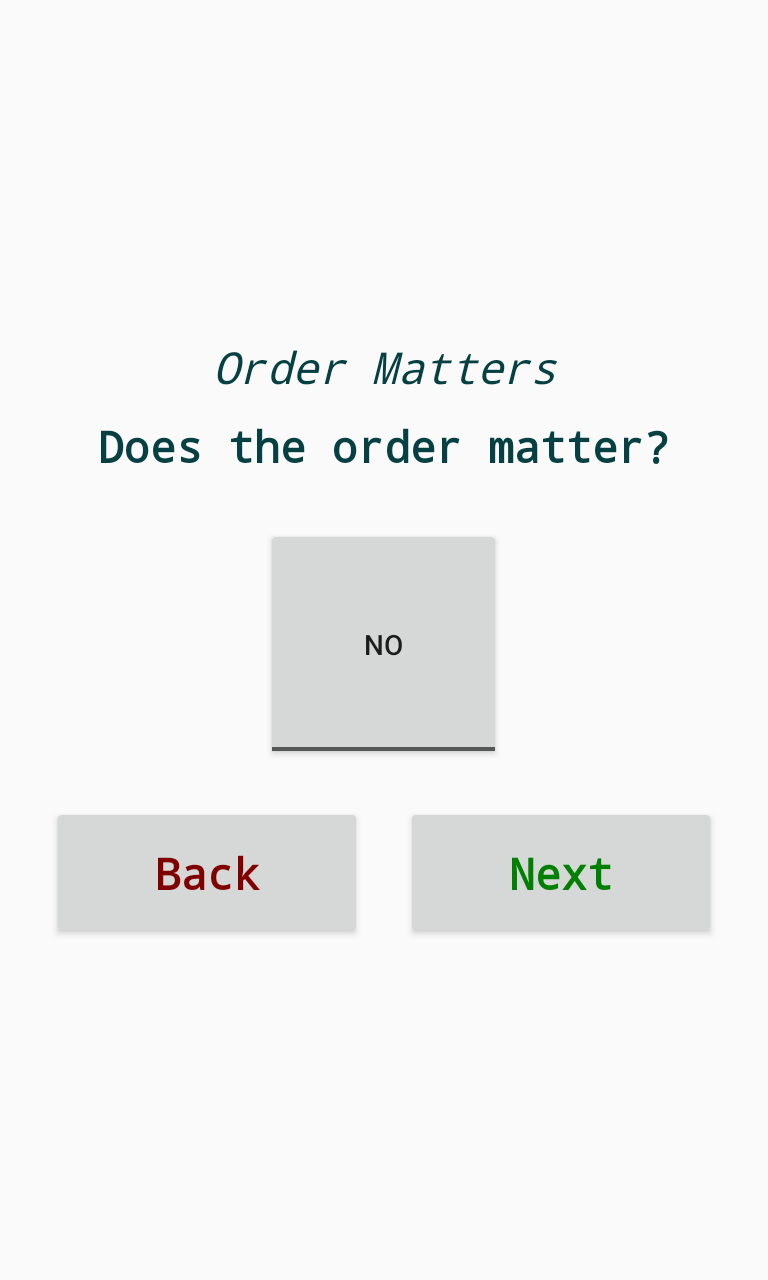
Repository: rontejada1991/Combinations-and-Permutations-Android-App
Layout: combinations/res/layout/activity_order.xml
An editor plug-in stored every save of this project. The layout is shown before and after a run of saves, followed by the edit.
It is drawn on a 768 x 1280 px phone screen (xhdpi) without system bars, with theme AppTheme; the app's code is not run.

Above is the layout before, as saved 2014-11-07 21:10:31.

After the next 2 saves:
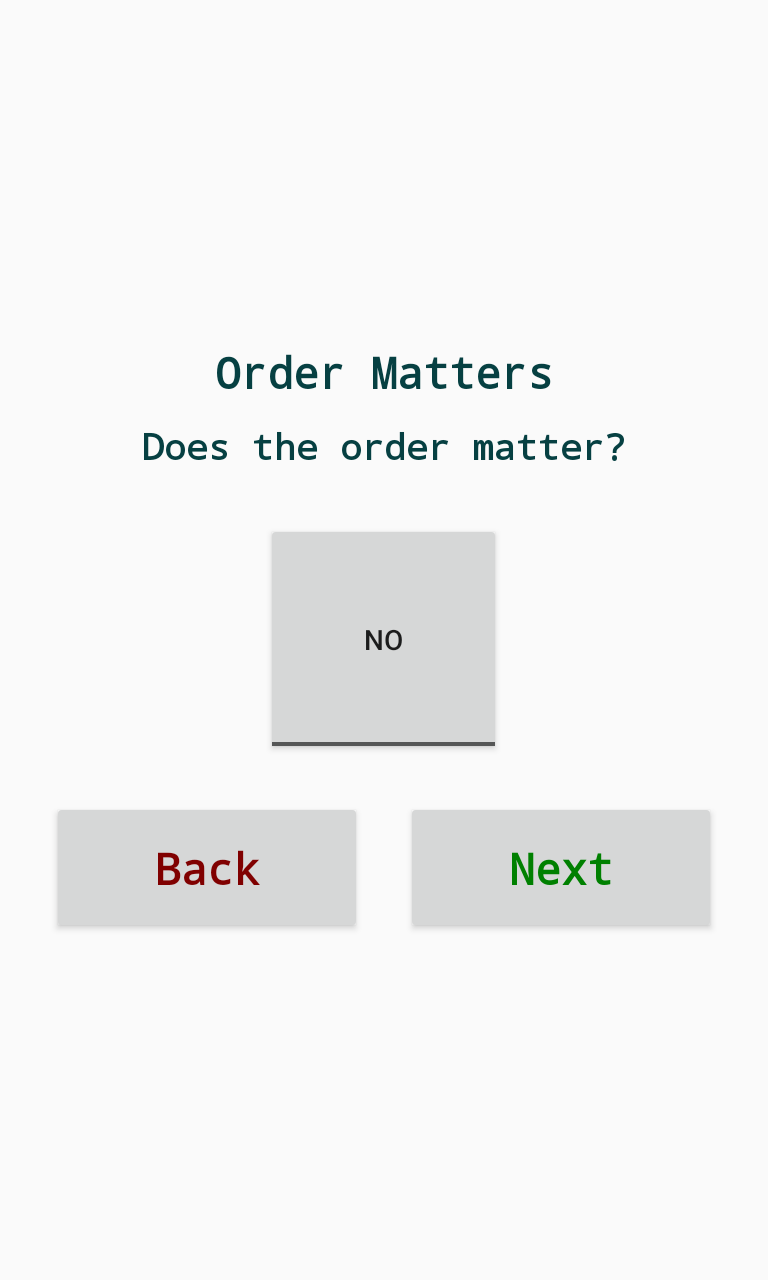
The 2 saves are shown as one change because they came seconds apart.
The last was saved 14 s later.
--- a/combinations/res/layout/activity_order.xml
+++ b/combinations/res/layout/activity_order.xml
@@ -9,14 +9,14 @@
 
 	<TextView
 	    android:id="@+id/tv_title"
-        style="@style/CodeFont.Italic"
+        style="@style/CodeFont"
         android:layout_width="fill_parent"
         android:text="Order Matters"
         android:layout_marginBottom="10dp" />
 
 	<TextView
 	    android:id="@+id/tv_sub"
-        style="@style/CodeFont"
+        style="@style/CodeFont.Med"
         android:layout_width="fill_parent"
         android:text="Does the order matter?"
         android:layout_marginBottom="25dp" />
